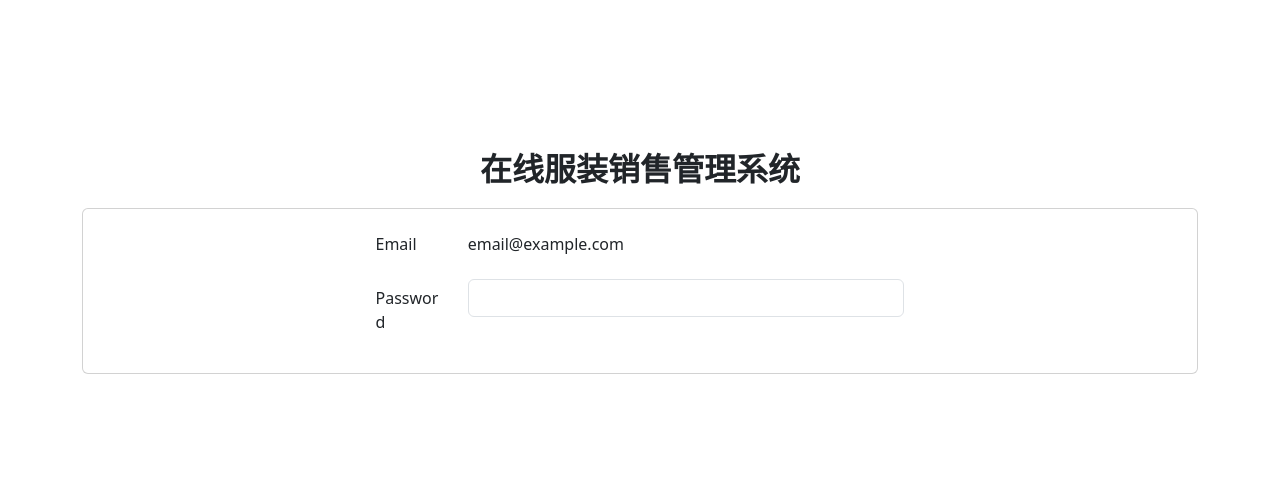
Repository: squawktop/CFS
Page: /user/register (app in web/)
The author's editor kept a copy of each file at every save. The page is drawn from the files as they stood at one save, then again after the next save.
The browser window is 1280 px wide. The pictures show the whole page.
The project was rebuilt for these pictures with package versions that can differ from the ones it lists, and the page was loaded fresh each time. Also part of the build but not shown: web/vue.config.js, web/src/views/LoginView.vue, web/src/components/NavBar.vue, web/src/views/HomeView.vue, web/src/views/UsersManageView.vue, web/src/views/PersonalCenterView.vue, web/src/views/GoodsManageView.vue, web/src/views/OrdersManageView.vue and 1 more.

Above is the page before, as saved 2024-03-23 18:44:36.

### web/src/App.vue
<template>
  <RouterView></RouterView>
</template>

<script>


// 导入bootstrap
import "bootstrap/dist/css/bootstrap.min.css"
import "bootstrap/dist/js/bootstrap"
// import { ref } from "vue";

// import $ from 'jquery';
export default {
  components: {

  }
  ,
  setup() {
    // const user_id = ref("");
    // const username = ref("");
    // const password = ref("");

    // $.ajax({
    //   type: "get",
    //   url: "http://127.0.0.1:3000/user/getlist",
    //   success(resp) {
    //     user_id.value = resp[0].id;
    //     username.value = resp[0].username;
    //     password.value = resp[0].password;

    //   },
    //   error() {
    //     this.user_id = "error"
    //   }
    // })




    return {

    }
  }

}

</script>

<style></style>

### web/src/router/index.js
import { createRouter, createWebHistory } from 'vue-router'
// import HomeView from '../views/HomeView.vue'
import LoginView from '../views/LoginView.vue'
import RegisterView from '../views/RegisterView.vue'
import HomeView from '../views/HomeView.vue'
import UsersManageView from '../views/UsersManageView.vue'
import PersonalCenterView from '../views/PersonalCenterView.vue'
import GoodsManageView from '../views/GoodsManageView.vue'
import OrdersManageView from '../views/OrdersManageView.vue'
import NotFound from '../views/NotFoundView.vue'
import store from '@/store/index'

const routes = [
  {
    path: '/',
    name: 'home',
    component: HomeView,
    // redirect: "/user/register",
    meta: { //该页面是否需要授权      //随便写， 也可以设置为   flag : true;
      requestAuth: true,
    }
  },

  {
    path: '/user/login',
    name: 'user_login',
    component: LoginView,
    meta: {
      requestAuth: false,
    }
  },

  {
    path: '/user/register',
    name: 'user_register',
    component: RegisterView,
    meta: { //该页面是否需要授权
      requestAuth: false,
    }
  },
  {
    path: '/user/personalcenter',
    name: 'personal_center',
    component: PersonalCenterView,
    meta: { //该页面是否需要授权
      requestAuth: true,
    }
  },

  {
    path: '/user/usermanage',
    name: 'user_manage',
    component: UsersManageView,
    meta: { //该页面是否需要授权
      requestAuth: true,
    }
  }
  ,
  {
    path: '/goods/manage',
    name: 'goods_manage',
    component: GoodsManageView,
    meta: { //该页面是否需要授权
      requestAuth: true,
    }
  }, {
    path: '/orders/manage',
    name: 'orders_manage',
    component: OrdersManageView,
    meta: { //该页面是否需要授权
      requestAuth: true,
    }
  },


  {
    path: "/404/",
    name: "404",
    component: NotFound
  },
  {
    path: "/:catchAll(.*)",
    redirect: "/404/",  //页面重定向到404
  }
]

const router = createRouter({
  history: createWebHistory(),
  routes
})

router.beforeEach((to, from, next) => {
  if (to.meta.requestAuth && !store.state.user.is_login) {
    next({ name: "user_login" });
  } else {
    next();
  }
})

export default router

### web/src/store/index.js
import { createStore } from 'vuex'
import ModuleUser from '@/store/user'

export default createStore({
  state: {
  },
  getters: {
  },
  mutations: {
  },
  actions: {
  },
  modules: {
    user: ModuleUser,
  }
})

### web/src/views/RegisterView.vue
<template>
    <div class="background">
        <h2>在线服装销售管理系统</h2>
        <ContentField>
            <div class="row justify-content-md-center">
                <div class="col-6">
                    <form @submit.prevent="register">
                        <!-- <div class="mb-3">
                            <label for="username" class="form-label">用户名</label>
                            <input v-model="username" type="text" class="form-control" id="username"
                                placeholder="请输入用户名" />
                        </div>
                        <div class="mb-3">
                            <label for="password" class="form-label">密码</label>
                            <input v-model="password" type="password" class="form-control" id="password"
                                placeholder="请输入密码" />
                        </div>
                        <div class="mb-3">
                            <label for="confirmedPassword" class="form-label">确认密码</label>
                            <input v-model="confirmedPassword" type="password" class="form-control"
                                id="confirmedPassword" placeholder="请再次输入密码" />
                        </div>
                        <div class="error-message">{{ error_message }} </div>
                        <button type="submit" class="btn btn-primary">注册</button>
                        <div class="tip" @click="loginview">已有账号，返回登录</div> -->

                        <div class="mb-3 row">
                            <label for="staticEmail" class="col-sm-2 col-form-label">Email</label>
                            <div class="col-sm-10">
                                <input type="text" readonly class="form-control-plaintext" id="staticEmail"
                                    value="email@example.com">
                            </div>
                        </div>
                        <div class="mb-3 row">
                            <label for="inputPassword" class="col-sm-2 col-form-label">Password</label>
                            <div class="col-sm-10">
                                <input type="password" class="form-control" id="inputPassword">
                            </div>
                        </div>



                    </form>
                </div>
            </div>
        </ContentField>
    </div>

</template>

<script>
import ContentField from "@/components/ContentField.vue";
import { ElMessage } from 'element-plus'
import { ref } from 'vue'
import router from "@/router/index";
import $ from 'jquery'

export default {
    components: {
        ContentField,
    },
    setup() {
        let username = ref('');
        let password = ref('');
        let confirmedPassword = ref('');
        let error_message = ref('');

        const register = () => {
            $.ajax({
                url: "http://127.0.0.1:3000/api/user/account/register/",
                type: "post",
                data: {
                    username: username.value,
                    password: password.value,
                    confirmedPassword: confirmedPassword.value,
                },
                success(resp) {
                    if (resp.error_message === 'success') {
                        ElMessage.success("注册成功，请登录");
                        router.push({ name: "user_login" });
                    } else {
                        error_message.value = resp.error_message;
                    }
                }
            })
        }

        const loginview = () => {
            router.push({ name: "user_login" });
        }

        return {
            username,
            password,
            confirmedPassword,
            error_message,
            register,
            loginview,
        }
    }
};
</script>

<style scoped>
h2 {

    text-align: center;
    margin-top: 150px;
    font-weight: bold;
}

button {
    width: 100%;
}

div.error-message {
    color: red;
}

.tip {
    cursor: pointer;
    text-align: center;
    margin-top: 10px;

}

.tip:hover {
    text-decoration: underline;
}
</style>

### web/src/store/user.js
import router from '@/router';
import $ from 'jquery'
export default {
    state: {
        id: "",
        username: "",
        photo: "",
        token: "",
        is_login: false,
        pulling_info: true,
    },
    getters: {
    },
    mutations: {        //一般是用来修改数据的
        updateUser(state, user) {
            state.id = user.id;
            state.username = user.username;
            state.photo = user.photo;
            state.is_login = user.is_login;
        },
        updateToken(state, token) {
            state.token = token;
        },
        logout(state) {
            state.id = "";
            state.username = "";
            state.photo = "";
            state.token = "";
            state.is_login = false;
            router.push({ name: "user_login" });
        },
        updatePullingInfo(state, pulling_info) {
            state.pulling_info = pulling_info;
        },
    },

    actions: {

        login(context, data) {
            $.ajax({
                url: "http://127.0.0.1:3000/api/user/account/token/",
                type: "post",
                data: {
                    username: data.username,
                    password: data.password,
                },
                success(resp) {
                    if (resp.error_message === "success") {
                        localStorage.setItem("jwt_token", resp.token);
                        context.commit("updateToken", resp.token);
                        data.success(resp);
                    } else {
                        data.error(resp);
                    }
                },
                error(resp) {
                    data.error(resp)
                },
            });
        },
        getinfo(context, data) {
            $.ajax({
                url: "http://127.0.0.1:3000/api/user/account/info/",
                type: "get",
                headers: {
                    Authorization:
                        "Bearer " + context.state.token,
                },
                success(resp) {
                    if (resp.error_message === "success") {
                        // console.log(resp);
                        context.commit("updateUser", {
                            ...resp,
                            is_login: true,

                        });
                        data.success(resp);
                    } else {
                        data.success(resp);
                    }

                },
                error(resp) {
                    data.error(resp);
                },
            });

        },
        logout(context) {
            localStorage.removeItem("jwt_token");
            context.commit("logout")
        }
    },
    modules: {
    }
}

### web/src/components/ContentField.vue
<template>
    <div class="container content-field">
        <div class="card">
            <div class="card-body">
                <slot></slot>
            </div>
        </div>
    </div>
</template>

<script>
</script>

<style scoped>
div.content-field {
    margin-top: 20px;
}
</style>

Loaded but not shown: web/public/index.html (common file); web/src/main.js (common file)

After the next save:
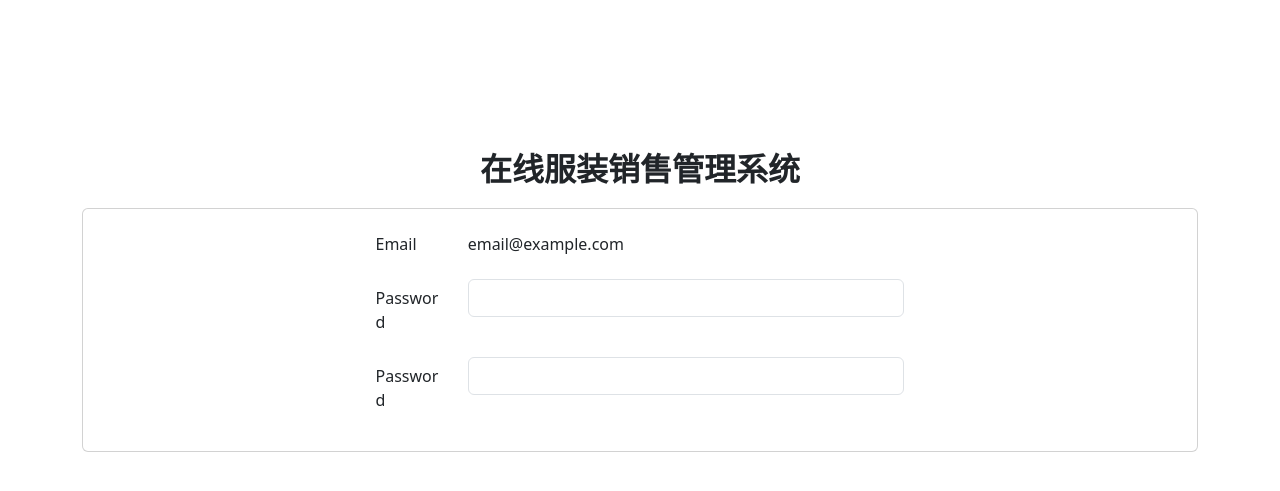
Saved 61 s later.
--- a/web/src/views/RegisterView.vue
+++ b/web/src/views/RegisterView.vue
@@ -29,6 +29,12 @@
                             <div class="col-sm-10">
                                 <input type="text" readonly class="form-control-plaintext" id="staticEmail"
                                     value="email@example.com">
+                            </div>
+                        </div>
+                        <div class="mb-3 row">
+                            <label for="inputPassword" class="col-sm-2 col-form-label">Password</label>
+                            <div class="col-sm-10">
+                                <input type="password" class="form-control" id="inputPassword">
                             </div>
                         </div>
                         <div class="mb-3 row">
